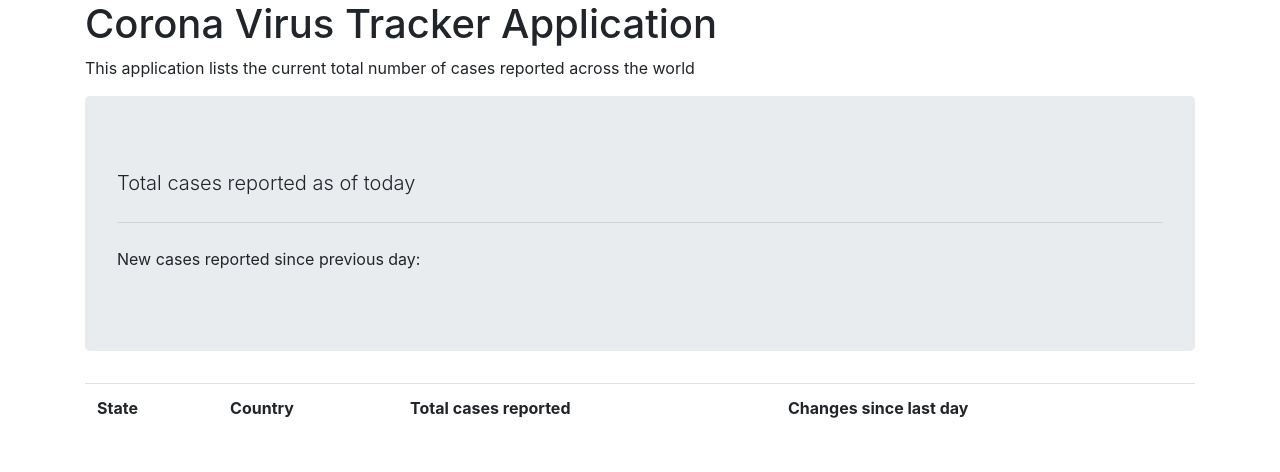
Repository: arthjani/covid_cases_real_time_tracker-
Page: http://localhost/home
These files come from the project's save history. The page is drawn as it stood at one moment and after the next save; the edit follows.
The browser window is 1280 px wide. The pictures show the whole page.
The page is this project's Thymeleaf template; nobody is signed in. The template is opened directly, without the code that normally fills it, so the values that code supplies are empty.

Above is the page before, as saved 2022-03-14 04:40:44.

### covid_tracker/src/main/resources/templates/home.html
<!DOCTYPE html>

<html xmlns:th="http://www.thymeleaf.org">

<head>
    <title>Corona virus Tracker Application</title>
    <meta http-equiv="Content-Type" content="text/html; charset=UTF-8" />
    <link rel="stylesheet" href="https://stackpath.bootstrapcdn.com/bootstrap/4.4.1/css/bootstrap.min.css" integrity="sha384-Vkoo8x4CGsO3+Hhxv8T/Q5PaXtkKtu6ug5TOeNV6gBiFeWPGFN9MuhOf23Q9Ifjh" crossorigin="anonymous">
</head>

<body>
<div class="container">
<h1>Corona Virus Tracker Application</h1>
<p>This application lists the current total number of cases reported across the world</p>

<div class="jumbotron">
    <h1 class="display-4" th:text="${totalReportedCases}"></h1>
    <p class="lead">Total cases reported as of today</p>
    <hr class="my-4">
    <p>
        <span>New cases reported since previous day:</span>
        <span th:text="${totalNewCases}"></span>
    </p>

</div>

    <table class="table">
        <tr>
            <th>State</th>
            <th>Country</th>
            <th>Total cases reported</th>
            <th>Changes since last day</th>
        </tr>
        <tr th:each="locationStat : ${locationStats}">
            <td th:text="${locationStat.state}"></td>
            <td th:text="${locationStat.country}"></td>
            <td th:text="${locationStat.latestTotalCases}">0</td>
            <td th:text="${locationStat.diffFromPrevDay}">0</td>
        </tr>
    </table>
</div>
</body>

</html>

After the next save:
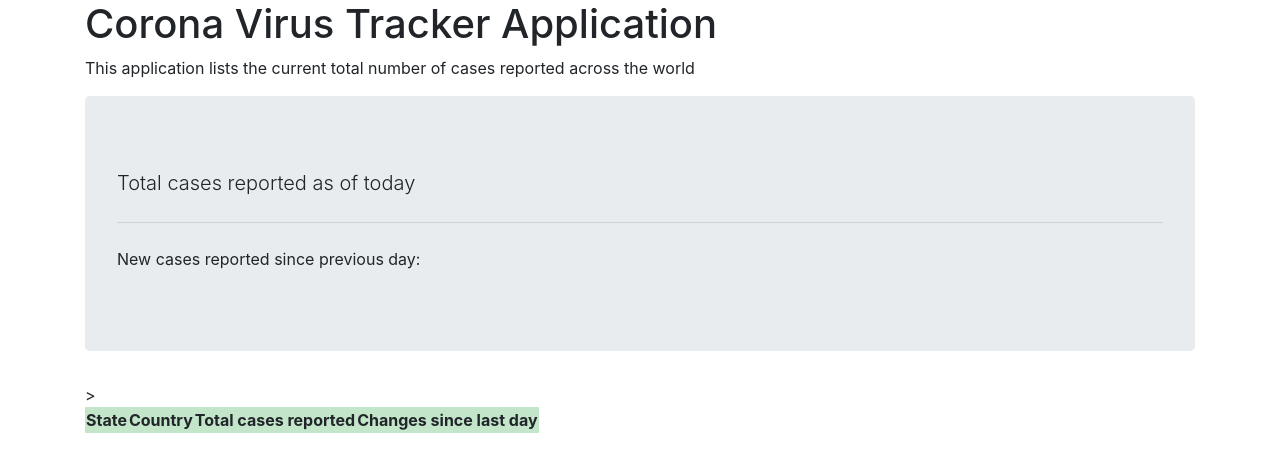
Saved 6 min 55 s later.
--- a/covid_tracker/src/main/resources/templates/home.html
+++ b/covid_tracker/src/main/resources/templates/home.html
@@ -24,7 +24,7 @@
 
 </div>
 
-    <table class="table">
+    <table class="table-success">>
         <tr>
             <th>State</th>
             <th>Country</th>

After the save that followed:
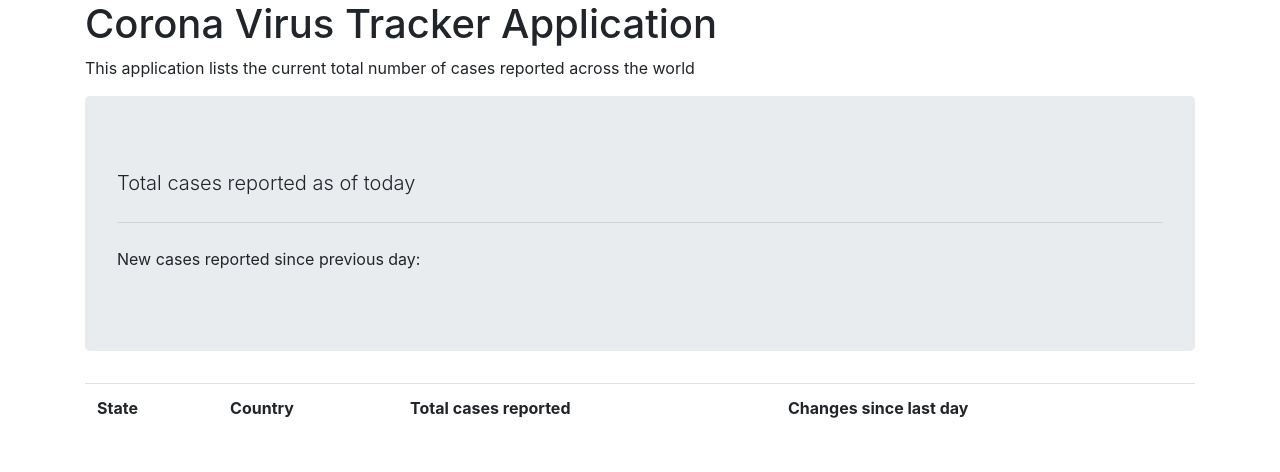
Saved 26 s later.
--- a/covid_tracker/src/main/resources/templates/home.html
+++ b/covid_tracker/src/main/resources/templates/home.html
@@ -24,7 +24,7 @@
 
 </div>
 
-    <table class="table-success">>
+    <table class="table">
         <tr>
             <th>State</th>
             <th>Country</th>
